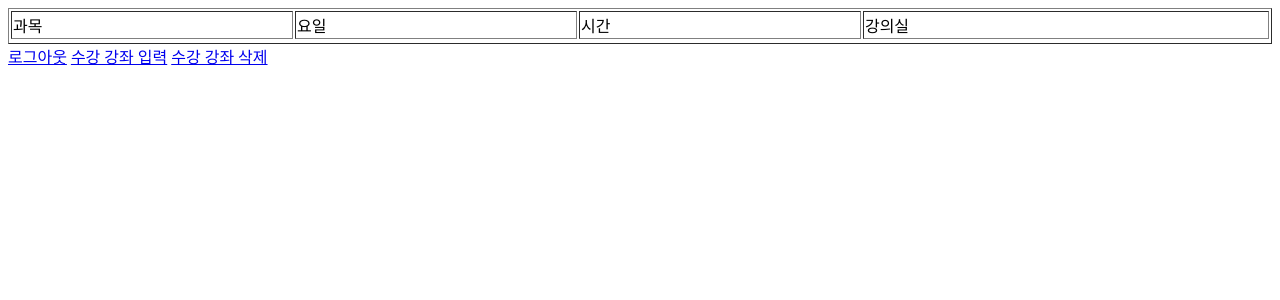
Repository: wake45/Web_Programming_Project
Page: http://localhost/WebP/class.jsp
These files come from the project's save history. The page is drawn as it stood at one moment and after the next save; the edit follows.
The browser window is 1280 px wide. The pictures show the whole page.
The page is served by Tomcat 9. Other server files are loaded and not shown. Queries for data that is not in the repository find no rows.

Above is the page before, as saved 2018-06-17 15:23:13.

### Web_기말프로젝트_20145150_이상욱/WebP/WebContent/class.jsp
<%@ page language="java" contentType="text/html; charset=EUC-KR"
    pageEncoding="EUC-KR" import="java.sql.*" %>
<!DOCTYPE html PUBLIC "-//W3C//DTD HTML 4.01 Transitional//EN" "http://www.w3.org/TR/html4/loose.dtd">
<html>
<head>
<meta http-equiv="Content-Type" content="text/html; charset=EUC-KR">
<title>Insert title here</title>
</head>
<body>
<jsp:useBean id="class_" class="classes.Info" scope="page"/>
<jsp:useBean id="dbconnect" class="classes.DBConnection" scope="page"/>
<jsp:setProperty name="class_" property="*"/>
	<table width="100%" border=collapse>
	<tr>
		<td>과목
		<td>요일
		<td>시간
		<td>강의실
	</tr>
	<%
	String str = class_.getName();
	int temp = 0;
	String inf[][] = new String[100][5];
	dbconnect.tableMember(inf);
		for(int i = 0 ; i < 100 ; i++){
			out.print("<tr>");
			for(int j = 0 ; j < 5 ; j++){
				if(inf[i][j] != null){
					if(inf[i][0].equals(str) && j != 0){
						out.print("<td>" + inf[i][j]);
					}
				}
				else{
					temp = -1;
					break;
				}

			}
			if(temp == -1){
				break;
			}
			out.print("</tr>");
		}

	%>

	</table>
	<a href="logout.jsp">로그아웃</a>
	<a href="insert.html">수강 강좌 입력</a>
	<a href="delete.html">수강 강좌 삭제</a>
</body>
</html>

### Web_기말프로젝트_20145150_이상욱/WebP/src/classes/Info.java
package classes;

public class Info {
	private String name;
	private String subject;
	private String day;
	private String time;
	private String classroom;

	public String getName() {
		return name;
	}
	public void setName(String name) {
		this.name = name;
	}
	public String getSubject() {
		return subject;
	}
	public void setSubject(String subject) {
		this.subject = subject;
	}
	public String getDay() {
		return day;
	}
	public void setDay(String day) {
		this.day = day;
	}
	public String getTime() {
		return time;
	}
	public void setTime(String time) {
		this.time = time;
	}
	public String getClassroom() {
		return classroom;
	}
	public void setClassroom(String classroom) {
		this.classroom = classroom;
	}
}

### Web_기말프로젝트_20145150_이상욱/WebP/src/classes/DBConnection.java
package classes;

import java.sql.*;

public class DBConnection {
	private static final String JDBC_DRIVER = "com.mysql.jdbc.Driver";
	private static final String JDBC_URL = "jdbc:mysql://localhost:3306/webdb?characterEncoding=UTF-8&serverTimezone=UTC";
	private static final String USER = "root";
	private static final String PASSWD = "1234";


	private Connection con = null;
	private PreparedStatement pstmt = null;

	public DBConnection() {
		try {
			Class.forName(JDBC_DRIVER);
		}catch(Exception e) {
			e.printStackTrace();
		}
	}

	public void connect() {
		try{
			con = DriverManager.getConnection(JDBC_URL, USER, PASSWD);
		}catch(Exception e){
			e.printStackTrace();
		}
	}

	public boolean deteleMember(String subject) {
		boolean success = true;
		connect();
		String sql = "delete from class where subject=?";

		try {
			pstmt = con.prepareStatement(sql);
			pstmt.setString(1, subject);
			pstmt.executeUpdate();

			disconnection();

			return success;
		}
		catch(SQLException e) {
		e.printStackTrace();

		return !success;
	}
}

	public String[][] tableMember(String inf[][]) {

		connect();
		String sql = "select * from class";
		ResultSet rs = null;
		int i = 0;
		int j = 0;

		try {
			pstmt = con.prepareStatement(sql);
			rs = pstmt.executeQuery(sql);

			while(rs.next()) {
				inf[i][j++] = rs.getString(1);
				inf[i][j++] = rs.getString(2);
				inf[i][j++] = rs.getString(3);
				inf[i][j++] = rs.getString(4);
				inf[i++][j] = rs.getString(5);
				j = 0;
			}

			for(j = 0 ; j < 5 ; j++) {
				inf[i][j] = null;
			}

			rs.close();
			disconnection();

			return inf;
		}catch(SQLException e) {
			e.printStackTrace();
			return null;
		}
	}
	public boolean insertMember(Info inf) {
		boolean success = true;
		connect();
		String sql = "insert into class values(?, ?, ?, ?,?)";

		try {
			pstmt = con.prepareStatement(sql);
			pstmt.setString(1, inf.getName());
			pstmt.setString(2, inf.getSubject());
			pstmt.setString(3, inf.getDay());
	        pstmt.setString(4, inf.getTime());
	        pstmt.setString(5, inf.getClassroom());
	        pstmt.executeUpdate();

			disconnection();
	        return success;

		}catch(SQLException e) {
			e.printStackTrace();
			return !success;
		}
	}

	public void disconnection() {
		if(pstmt != null) {
			try {
				pstmt.close();
			}catch(SQLException e) {
				e.printStackTrace();
			}
		}
		if(con != null) {
			try {
				con.close();
			}catch(SQLException e) {
				e.printStackTrace();
			}
		}
	}
}

After the next save:
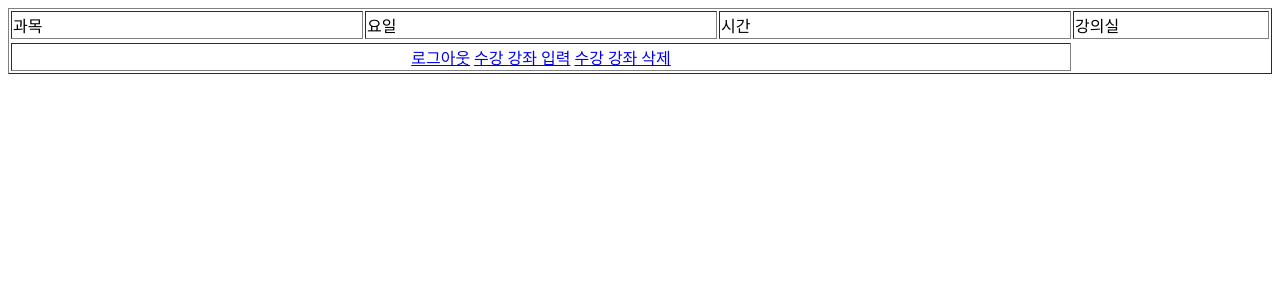
Saved 5 min 21 s later.
--- a/Web_기말프로젝트_20145150_이상욱/WebP/WebContent/class.jsp
+++ b/Web_기말프로젝트_20145150_이상욱/WebP/WebContent/class.jsp
@@ -27,7 +27,7 @@
 			for(int j = 0 ; j < 5 ; j++){
 				if(inf[i][j] != null){
 					if(inf[i][0].equals(str) && j != 0){
-						out.print("<td>" + inf[i][j]);
+						out.print("<td align=center>" + inf[i][j]);
 					}
 				}
 				else{
@@ -39,14 +39,15 @@
 			if(temp == -1){
 				break;
 			}
-			out.print("</tr>");
 		}
 
 	%>
-
-	</table>
+	<tr>
+	<td colspan="3" align="center">
 	<a href="logout.jsp">로그아웃</a>
 	<a href="insert.html">수강 강좌 입력</a>
 	<a href="delete.html">수강 강좌 삭제</a>
+	</tr>
+		</table>
 </body>
 </html>
